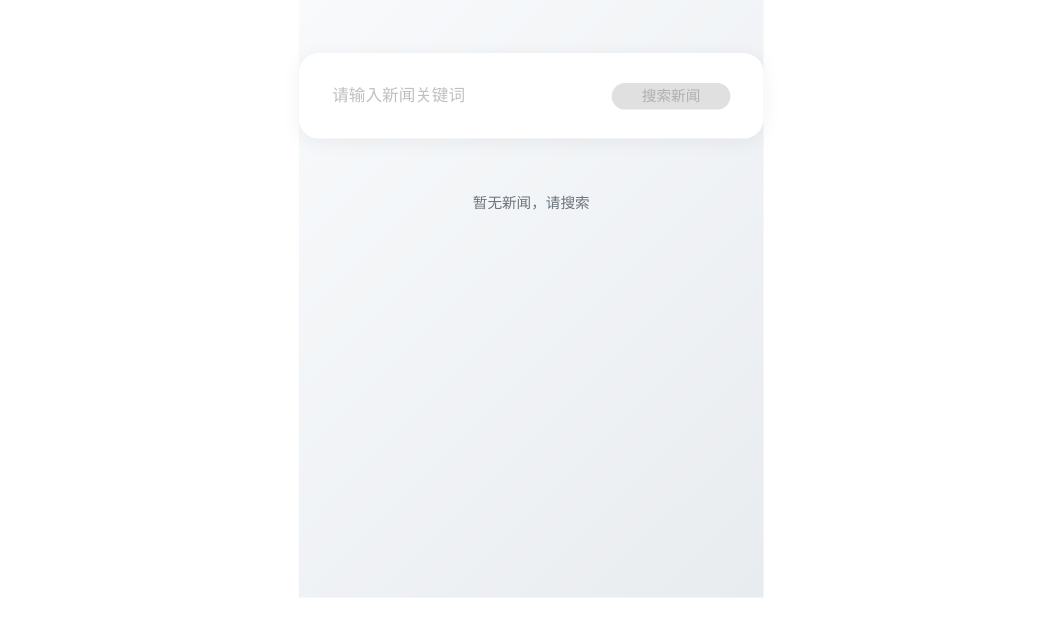
Repository: XJN7197/NewsAssistantBaseMCP
Page: / (app in frontend/)
The author's editor kept a copy of each file at every save. The page is drawn from the files as they stood at one save, then again after the next save.
The browser window is 1280 px wide. The pictures show the whole page, at 83% of full size.
The project was rebuilt for these pictures with package versions that can differ from the ones it lists, and the page was loaded fresh each time. Also part of the build but not shown: frontend/vite.config.ts.

Above is the page before, as saved 2025-05-22 22:57:10.

After the next save:
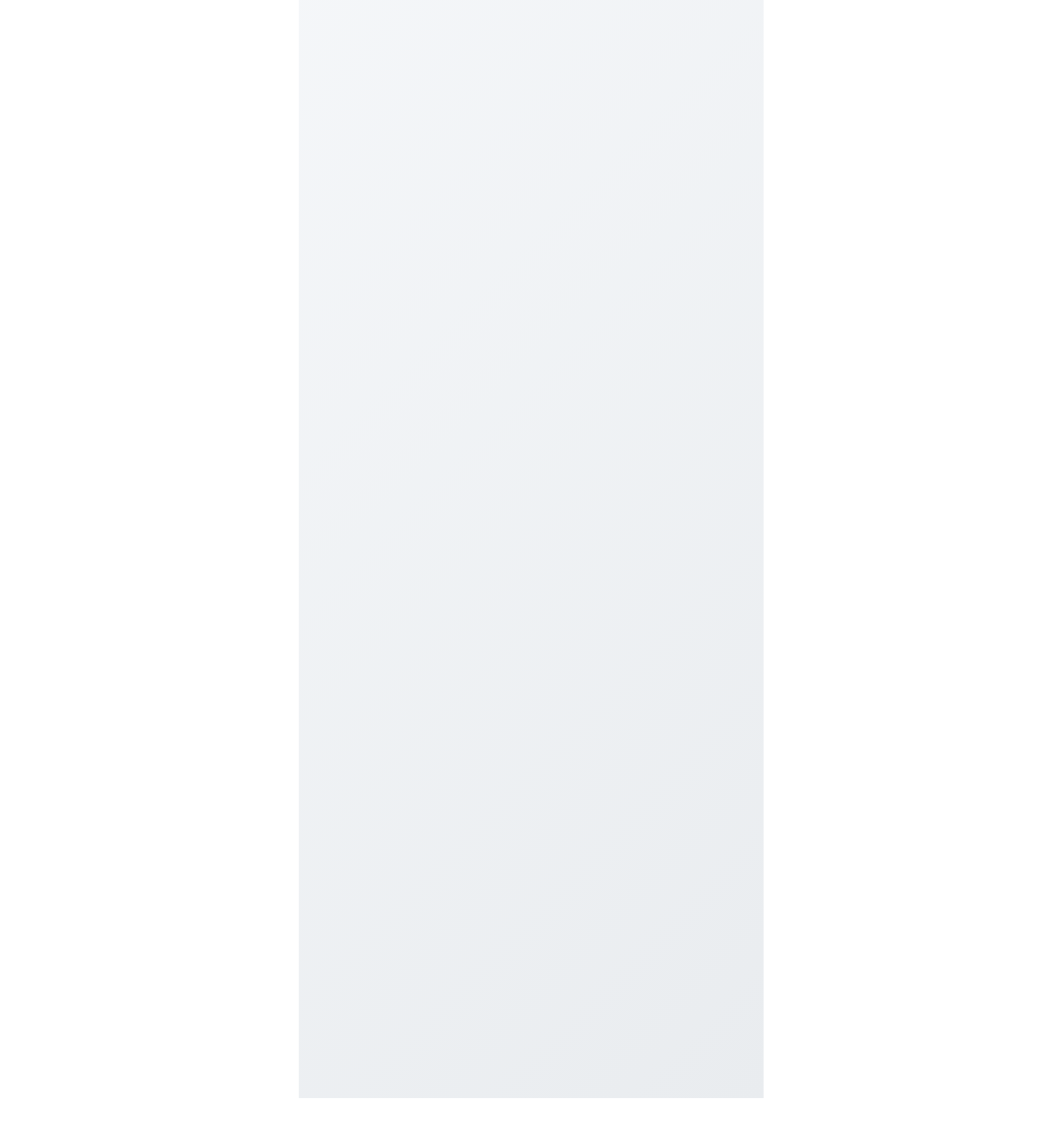
Saved 18 min 47 s later.
--- a/frontend/src/pages/Home.module.css
+++ b/frontend/src/pages/Home.module.css
@@ -17,8 +17,9 @@
   box-shadow: 0 4px 24px 0 rgba(0,0,0,0.06); /* 更柔和的阴影 */
   padding: 24px 40px; /* 增加了内边距 */
   margin-bottom: 24px; /* 减小了与下方元素的间距 */
-  width: 100%;
-  max-width: 720px; /* 搜索栏最大宽度 */
+  width: 66.66%; /* 宽度固定为视口宽度的2/3 */
+  height: 250px; /* 高度固定为250px */
+  max-width: none; /* 移除最大宽度限制 */
 }
 
 .search-bar input[type="text"] {
@@ -52,8 +53,9 @@
 }
 
 .news-list-container { /* Renamed from .news-list */
-  width: 100%;
-  max-width: 900px; /* 新闻列表最大宽度，比搜索栏稍宽 */
+  width: 66.66%; /* 宽度固定为视口宽度的2/3 */
+  height: 1500px; /* 高度固定为1500px */
+  max-width: none; /* 移除最大宽度限制 */
   margin-bottom: 40px;
   min-height: 180px; /* 最小高度，避免内容过少时塌陷 */
   display: flex;
